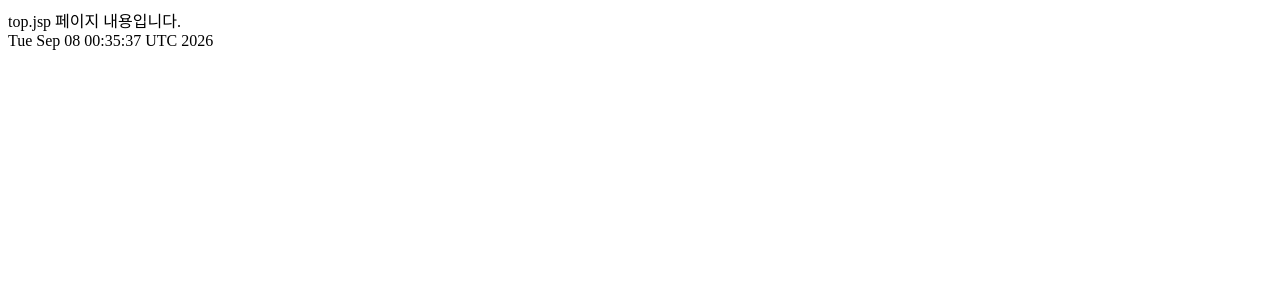
Repository: sgnq008-tech/JSP
Page: http://localhost/WebProject/directive/includeEx.jsp
An editor plug-in stored every save of this project. The page is shown before and after the next save, followed by the edit.
The browser window is 1280 px wide. The pictures show the whole page.
The page is served by Tomcat 9.

Above is the page before, as saved 2026-09-10 05:39:30.

After the next save:
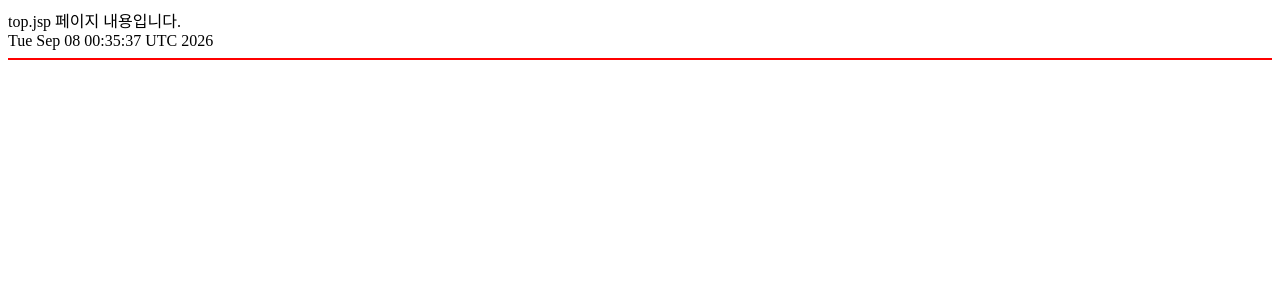
Saved 13 s later.
--- a/jsp_workspace/WebProject/src/main/webapp/directive/includeEx.jsp
+++ b/jsp_workspace/WebProject/src/main/webapp/directive/includeEx.jsp
@@ -14,5 +14,6 @@
 <body>
 top.jsp 페이지 내용입니다. <br>
 <%= date.toString() %><br>
+<hr color="red">
 </body>
 </html>
